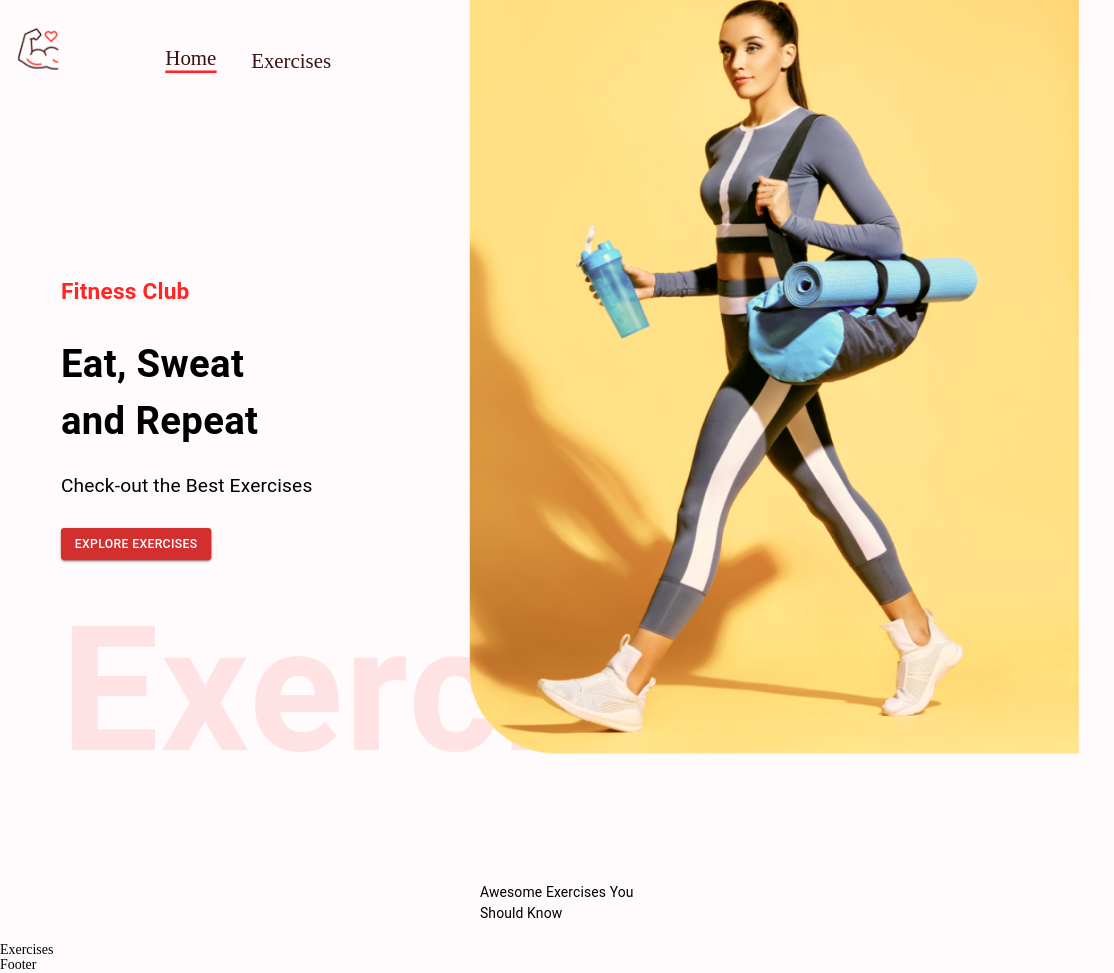
Repository: remydev47/fitness-center
Page: /
The author's editor kept a copy of each file at every save. The page is drawn from the files as they stood at one save, then again after the next save.
The browser window is 1280 px wide. The pictures show the whole page, at 87% of full size.
The project was rebuilt for these pictures with package versions that can differ from the ones it lists, and the page was loaded fresh each time. Also part of the build but not shown: src/pages/ExerciseDetail.js.

Above is the page before, as saved 2022-07-26 00:52:30.

### src/index.js
import React from 'react'
import ReactDOM from  'react-dom'
import { BrowserRouter } from 'react-router-dom'

import App from './App'

const root = ReactDOM.createRoot(document.getElementById('root'))

root.render(
    <BrowserRouter>
      <App/>
    </BrowserRouter>
)

### src/App.js
import React from 'react'
import { Route, Routes } from 'react-router-dom';
import { Box } from '@mui/material'

import './App.css'
import Navbar from './components/Navbar';
import Footer from './components/Footer'
import Home from './pages/Home';
import ExerciseDetail from './pages/ExerciseDetail';

const App = () => {
  return (
    <Box>
      <Navbar />
      <Routes>
        <Route path="/"  element={<Home />}/>
        <Route path="/exercise/:id"  element={<ExerciseDetail />}/>
      </Routes>
      <Footer />
    </Box>
  )
}

export default App

### src/components/Navbar.js
import React from 'react'
import { Link } from 'react-router-dom';
import { Stack } from '@mui/material'
import Logo from '../assets/images/Logo.png'

const Navbar = () => {
  return (
    <Stack
     direction="row"
     justifyContent="space-around"
     sx={{ gap: { sm: '122px', xs: '40px'}, mt: { sm: '32px', xs:'20px'}, justifyContent: 'none'}}
     px="20px"
    >
        <Link to="/">
            <img
               src={Logo}
               alt="logo"
               style={{
                width:'48px',
                height:'48px',
                margin: '0, 20px'
               }}
            />
        </Link>
        <Stack
            direction="row"
            gap="40px"
            fontSize="24px"
            alignItems="flex-end"
        >
            <Link to="/" style={{
                textDecoration:"none",
                color:"#3A1212",
                borderBottom: '3px solid #FF2625'
            }}
            >
                Home
            </Link>
            <a href="#exercises" style={{ textDecoration:"none", color:"#3A1212"}}>Exercises</a>
        </Stack>
    </Stack>
  )
}

export default Navbar

### src/pages/Home.js
import React, { useState } from 'react';
import { Box } from '@mui/material'
import HeaderBanner from '../components/HeaderBanner';
import SearchExercises from '../components/SearchExercises';
import Exercises from '../components/Exercises';

const Home = () => {
  return (
    <Box>
        <HeaderBanner />
        <SearchExercises />
        <Exercises />
    </Box>
  )
}

export default Home

### src/components/HeaderBanner.js
import React from 'react';
import { Box, Stack, Typography, Button } from '@mui/material';
import HeroBannerImage from '../assets/images/banner.png';

const HeaderBanner = () => {
  return (
    <Box
      sx={{
        mt:{ lg: '212px', xs: '70px'},
        ml: { sm: '50px'}
      }}
      position="relative"
      p="20px"
    >
        <Typography
          color="#FF2625"
          fontSize="26px"
          fontWeight="600"
        >
            Fitness Club
        </Typography>
        <Typography
          fontWeight={700}
          sx={{
             fontSize: { lg:'44px', xs: '40px'}
          }}
          mb="23px"
          mt="30px"
        >
            Eat, Sweat <br/>and Repeat
        </Typography>
        <Typography
         fontSize="22px"
         lineHeight="35px"
         mb={4}
        >
            Check-out the Best Exercises
        </Typography>
        <Button
          sm={{
            backgroundColor: "#FF2625",
            padding: "10px"
          }}
          variant="contained"
          color="error"
          href="#exercises"
        >
            Explore Exercises
        </Button>
        <Typography
          fontWeight={600}
          color="#ff2625"
          sx={{
            opacity: '0.1',
            display: { lg: 'block', xs: 'none'}
          }}
          fontSize="200px"
        >
            Exercises
        </Typography>
        <img
          src={HeroBannerImage}
          alt="banner"
          className='hero-banner-img'
        />
    </Box>
  )
}

export default HeaderBanner

### src/components/SearchExercises.js
import React, { useState, useEffect } from 'react';
import { Box, Typography, Stack, Button, TextField } from '@mui/material'

const SearchExercises = () => {
  return (
    <Stack
      alignItems="center"
      mt="30px"
      justifyContent="center"
      p="20px"
    >
        <Typography>
            Awesome Exercises You <br />
            Should Know
        </Typography>
    </Stack>
  )
}

export default SearchExercises

Loaded but not shown: public/index.html (common file); src/App.css (common file); src/components/Footer.js (common file); src/components/Exercises.js (common file)

After the next save:
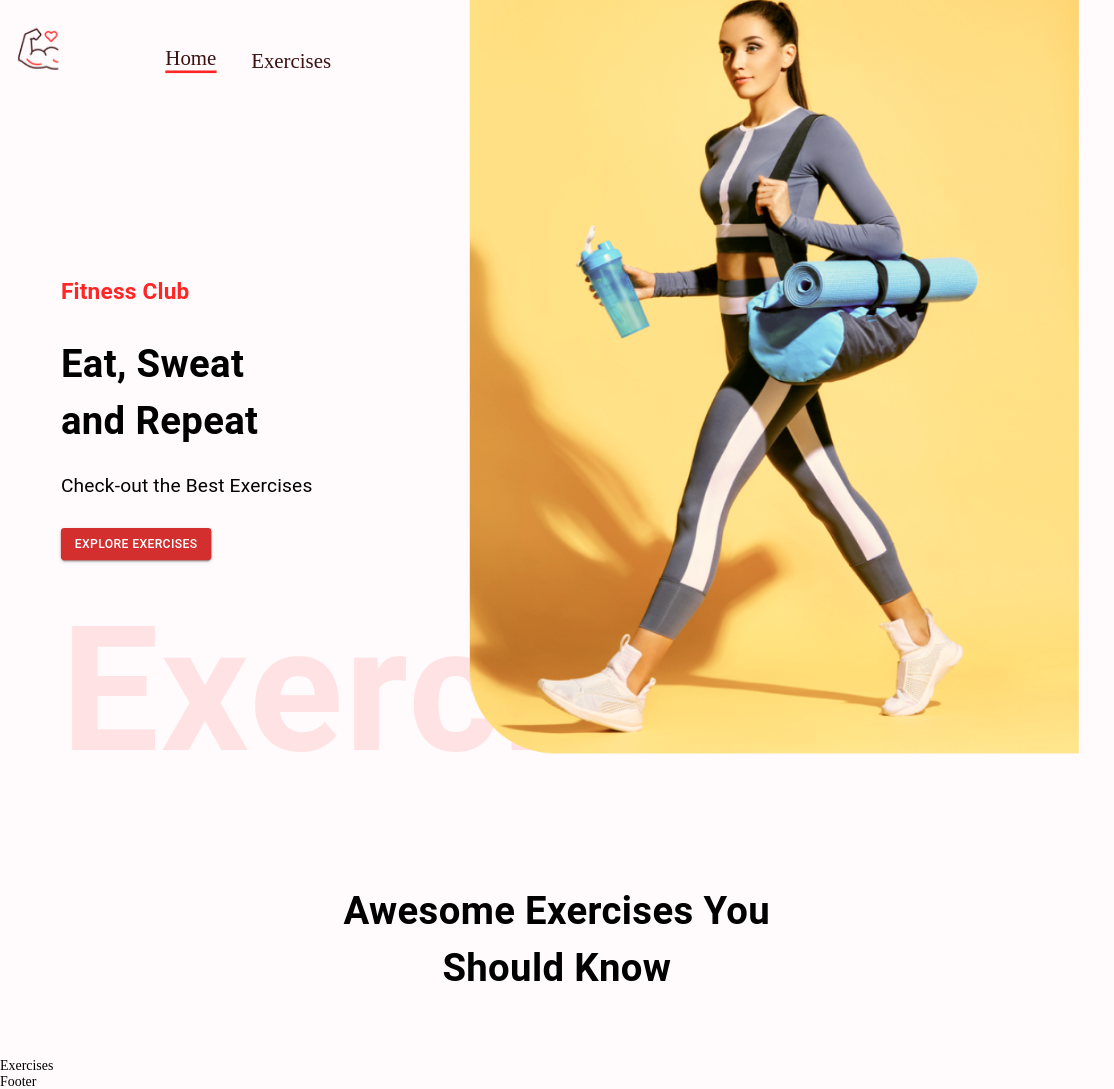
Saved 3 min 16 s later.
--- a/src/components/SearchExercises.js
+++ b/src/components/SearchExercises.js
@@ -9,7 +9,14 @@ const SearchExercises = () => {
       justifyContent="center"
       p="20px"
     >
-        <Typography>
+        <Typography
+         fontWeight={700}
+         sx={{
+            fontSize:{ lg: '44px', xs: '30px'}
+         }}
+         mb="50px"
+         textAlign="center"
+        >
             Awesome Exercises You <br />
             Should Know
         </Typography>
